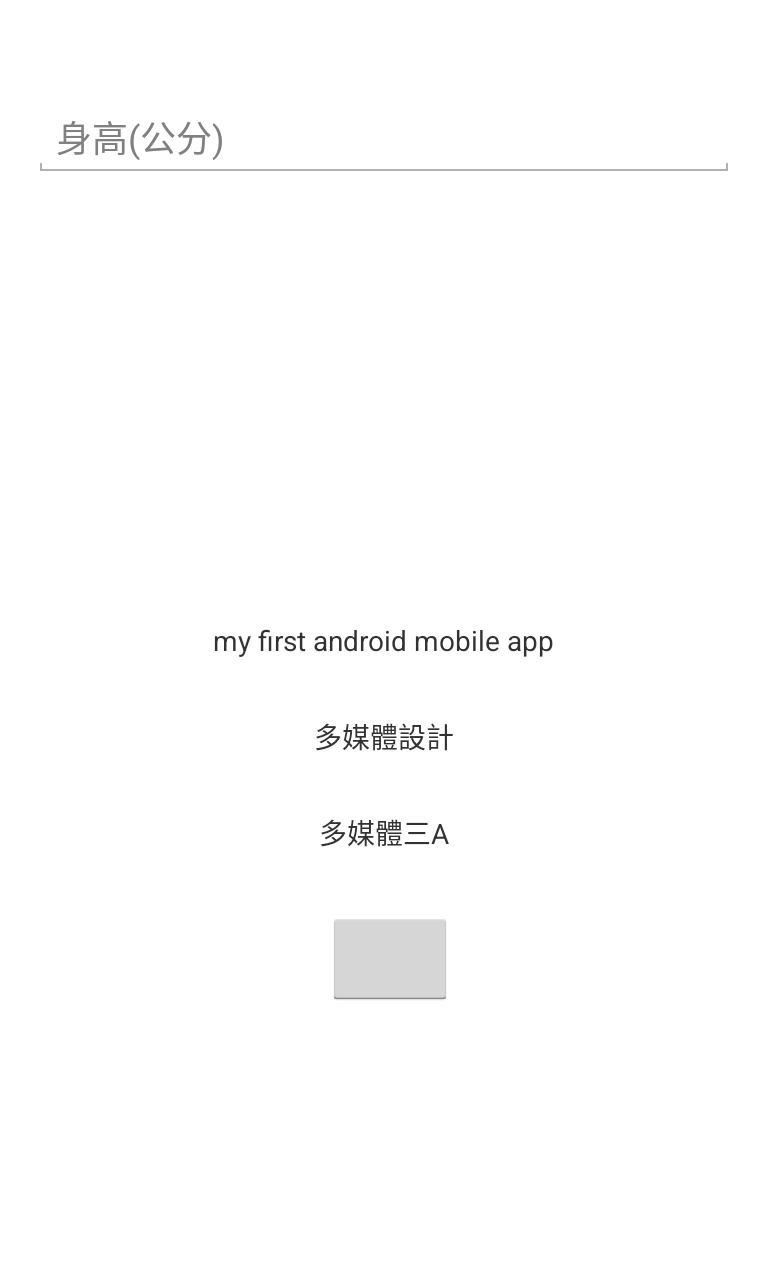
Repository: ericluo1123/myAndroidCode
Layout: myAndroidProject/res/layout/activity_main.xml
These files come from the project's save history. The layout is drawn as it stood at one moment and after the next save; the edit follows.
It is drawn on a 768 x 1280 px phone screen (xhdpi) without system bars, with theme AppTheme; the app's code is not run.

Above is the layout before, as saved 2014-09-26 05:41:21.

After the next save:
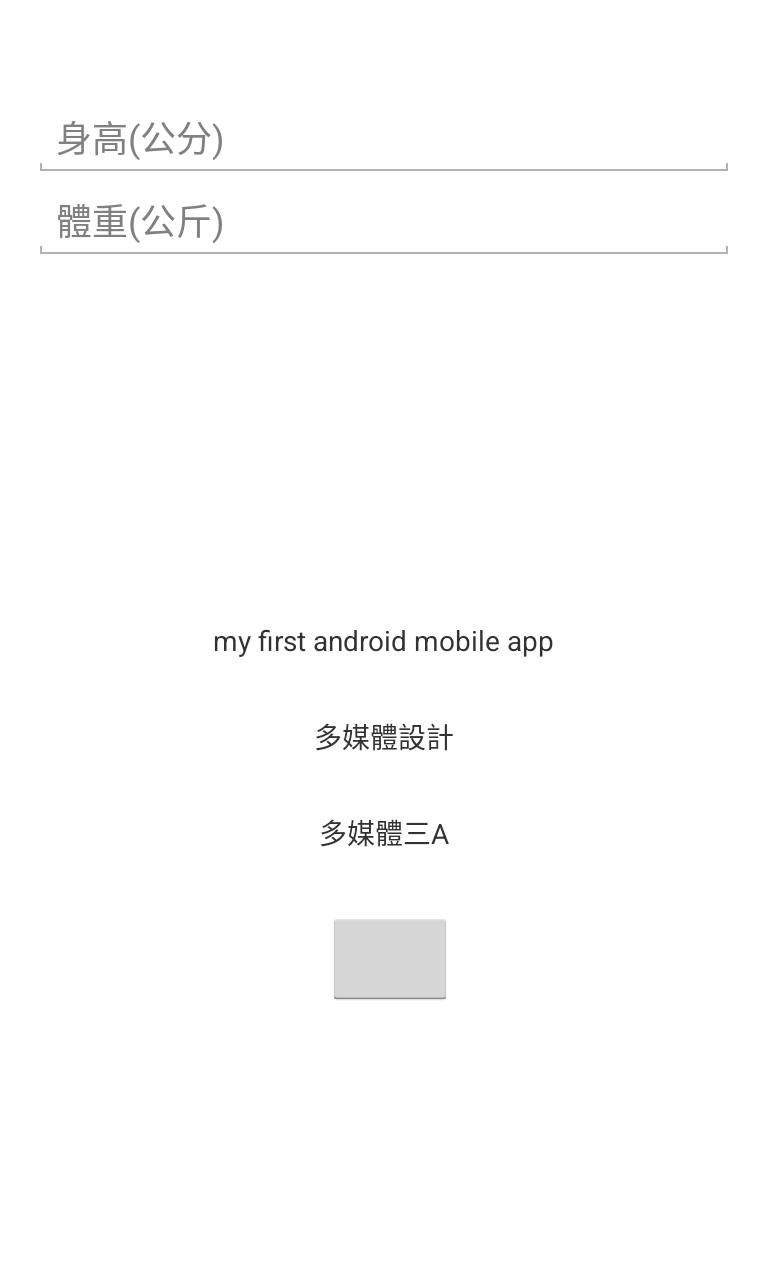
Saved 19 s later.
--- a/myAndroidProject/res/layout/activity_main.xml
+++ b/myAndroidProject/res/layout/activity_main.xml
@@ -52,4 +52,13 @@
         android:ems="10"
         android:hint="身高(公分)" />
 
+    <EditText
+        android:id="@+id/EditText01"
+        android:layout_width="match_parent"
+        android:layout_height="wrap_content"
+        android:layout_alignLeft="@+id/editText1"
+        android:layout_below="@+id/editText1"
+        android:ems="10"
+        android:hint="體重(公斤)" />
+
 </RelativeLayout>
